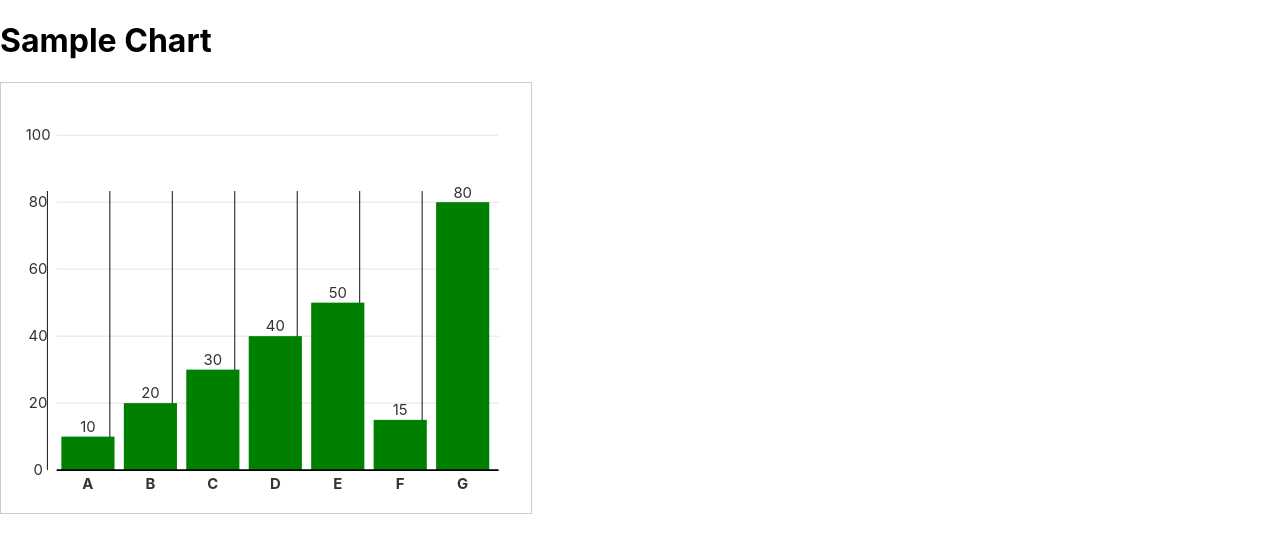
Repository: CaptainJang316/GChart
Page: /
The author's editor kept a copy of each file at every save. The page is drawn from the files as they stood at one save, then again after a run of saves.
The browser window is 1280 px wide. The pictures show the whole page.
The project was rebuilt for these pictures with package versions that can differ from the ones it lists, and the page was loaded fresh each time. Also part of the build but not shown: src/App.css.

Above is the page before, as saved 2024-11-09 17:58:14.

### src/App.tsx
/* eslint-disable */
import React from 'react';
import './App.css';
import BarChart from './components/Chart/BarChart';
import { Option } from './types/Option';

function App() {
  const sampleOption: Option = {
    type: 'bar',
    data: [
      { label: 'A', value: 10 },
      { label: 'B', value: 20 },
      { label: 'C', value: 30 },
      { label: 'D', value: 40 },
      { label: 'E', value: 50 },
      { label: 'F', value: 15 },
      { label: 'G', value: 80 },
    ],
    layout: {
      width: 500,
      height: 400,
      axisCnt: 5
    },
    style: {
      color: "green"
    },
    tooltip: true,
    label:  {
      show: true,
      position: 'mid'
    }
  };

  return (
    <div>
      <h1>Sample Chart</h1>
      {/* 차트의 border 없애고, X,Y 축에 대한 컴포넌트들로 더 큰 바운더리 구현해야 함. */}
      {/* => ㄴㄴ. 그냥 단일 SVG로 구현하는 게 훨씬 좋음. */}

      <div className="chart-wrapper">
        <BarChart {...sampleOption}/>
      </div>
    </div>
  );
}

export default App;

### src/components/Chart/BarChart.tsx
/* eslint-disable */
import React from 'react';
import { useAxis } from '../Axis/useAxis';
import { useGrid } from '../Grid/useGrid';
import { Option } from '../../types/Option';

// interface ChartProps {
//     data: { label: string, value: number }[];
//     width?: number;
//     height?: number;
//     color?: string;
//     axisCnt?: number;
// };

const BarChart: React.FC<Option> = ({
    data,
    title,
    layout: {
        width = 400,
        height = 300,
        axisCnt = 8,
    },
    style: {
        color = '#4A90E2',
    },
    tooltip = true
}) => {
    const values = data.map(item => item.value);
    const {xAxis, yAxis, scales} = useAxis({data: values, width: width, height: height, axisCnt: axisCnt});
    const {gridLines} = useGrid({data: values, scales, width, height, horizontalLineCnt: axisCnt});

    const maxValue = Math.max(...data.map(d => d.value));
    const barWidth = (width - 30) / data.length;
    // const yTicks = 10;
    // const tickValues = Array.from({ length: yTicks }, (_, i) => (maxValue / yTicks) * i);

    return (
        // svg 요소 안에, 차트를 그린다.
        <div style={{ display: 'inline-block', width: `${width}px`, height: `${height}px`}}>
            <svg width='100%' height='100%' viewBox={`0 0 ${width} ${height + 30}`} style={{ border: '1px solid #ccc', padding: '15px'}}>
                {
                    title?
                    <g className='title-layer'>
                        <h3>{title.text}</h3>
                        {title.subTitle? <h5>{title.subTitle}</h5> : ''}
                    </g> : ''
                }
                <g className='grid-layer'>
                    {gridLines.horizontal.map((el: { id: React.Key | null | undefined; x1: number ; y1: number ; x2: number ; y2: number; }, index: number) => (
                        <line
                            key={el.id}
                            x1={el.x1}
                            y1={el.y1}
                            x2={el.x2}
                            y2={el.y2}
                            stroke="#e0e0e0"
                            // strokeDasharray="4 4"
                            strokeWidth={1}
                        />
                    ))}
                    {gridLines.vertical.map((el: { id: React.Key | null | undefined; x1: number ; y1: number ; x2: number ; y2: number; }, index: number) => (
                        <line
                            key={el.id}
                            x1={barWidth * index + 15}
                            y1={height}
                            x2={barWidth * index + 15}
                            y2={100}
                            stroke="black"
                            // strokeDasharray="4 4"
                            strokeWidth={1}
                        />
                    ))}
                </g>

                <g className='axis-layer'>
                    {yAxis.ticks.map((tick) => (
                        <text
                            x={5}
                            y={tick.position}
                            textAnchor="middle"
                            // fontSize="10"
                            fill="#333"
                        >
                        {tick.value}
                        </text>
                    ))}
                </g>

                <g className='chart-layer'>
                    {data.map((d, i) => {
                        const barHeight = height - scales.yScale(d.value);
                        return (
                            // g는 svg 요소 내에 사용되는 것.
                            // svg에서 그룹을 만드는 역할을 한다.
                            // trangform은 그룹의 위치를 변환하는 데 사용됨.
                            // translate(${i * barWidth}, ${height - barHeight}) <- x축, y축 이동 정도 지정

                            <g key={i} transform={`translate(${i * barWidth}, ${height - barHeight})`}>
                                <rect
                                    width={barWidth - 10}
                                    height={barHeight}
                                    fill={color}
                                    x={30}
                                    y={0}
                                />
                                <text
                                    x={barWidth / 2 + 25}
                                    y={-5}
                                    textAnchor="middle"
                                    // fontSize="10"
                                    fill="#333"
                                >
                                    {d.value}
                                </text>
                            </g>
                        );
                    })}
                </g>

                <g className='bottom-layer'>
                    <line
                        x1={25}
                        y1={height}
                        x2={width}
                        y2={height}
                        stroke="black"
                        // strokeDasharray="4 4"
                        strokeWidth={2}
                    />
                </g>
                <g className='label-layer'>
                    {data.map((d, i) => {
                        let currX = barWidth * i;
                        return (
                            <text
                            x={currX + barWidth / 2 + 25}
                            y={height + 20}
                            textAnchor="middle"
                            // fontSize="12"
                            fontWeight="bold"
                            fill="#333"
                        >
                            {d.label}
                        </text>
                        );
                    })}
                </g>
            </svg>
        </div>
    );
};

export default BarChart;

### src/components/Axis/useAxis.ts
/* eslint-disable */
import { useMemo } from 'react';
import { scaleLinear } from 'd3-scale';

interface AxisProps {
    data: number[];
    width: number;
    height: number;
    axisCnt?: number;
    horizontalPadding?: number; // 좌우 패딩
    topPadding?: number; // 위쪽 패딩
}

export const useAxis = ({
    data,
    width,
    height,
    axisCnt = 6,
    horizontalPadding = 40,
    topPadding = 40
}: AxisProps) => {
    const scales = useMemo(() => {
        // X축 스케일 설정
        const xScale = scaleLinear()
            .domain([0, data.length - 1])
            .range([horizontalPadding, width - horizontalPadding]);

        // Y축 스케일 설정
        const maxValue = Math.max(...data);
        const yMaxValue = getAppropriateMaxValue(maxValue);

        const yScale = scaleLinear()
            .domain([0, yMaxValue])
            // 위쪽 패딩만 적용하고 아래쪽은 height 값 그대로 사용
            .range([height, topPadding]); // -1을 해서 baseline에 정확히 맞춤

        return { xScale, yScale };
    }, [data, width, height, horizontalPadding, topPadding]);

    const xAxis = useMemo(() => {
        return {
            ticks: data.map((_, index) => ({
                value: index,
                position: scales.xScale(index)
            }))
        };
    }, [scales.xScale, data]);

    const yAxis = useMemo(() => {
        const ticks = scales.yScale.ticks(axisCnt);
        return {
            ticks: ticks.map(tick => ({
                value: tick,
                position: scales.yScale(tick) + 5
            }))
        };
    }, [scales.yScale, axisCnt]);

    return { xAxis, yAxis, scales };
};

// 적절한 최대값을 계산하는 헬퍼 함수
function getAppropriateMaxValue(maxValue: number): number {
    const magnitude = Math.pow(10, Math.floor(Math.log10(maxValue)));
    const normalized = maxValue / magnitude;

    if (normalized <= 1) return magnitude;
    if (normalized <= 2) return 2 * magnitude;
    if (normalized <= 5) return 5 * magnitude;
    return 10 * magnitude;
}

### src/components/Grid/useGrid.ts
/* eslint-disable */
import { useMemo } from 'react';

interface GridProps {
    data: number[],
    scales: {
        xScale: any;
        yScale: any;
    },
    width: number,
    height: number
    horizontalLineCnt: number;
}

export const useGrid = ({data, scales, width, height, horizontalLineCnt}: GridProps) => {
    const gridLines = useMemo(() => {
        const vertical = scales.xScale.ticks(data.length - 1).map((tick: number) => ({
            id: `x-${tick}`,
            x1: scales.xScale(tick),
            y1: 0,
            x2: scales.xScale(tick),
            y2: height,
        }));

        const horizontal = scales.yScale.ticks(horizontalLineCnt).map((tick: number) => ({
            id: `y-${tick}`,
            x1: 25,
            y1: scales.yScale(tick),
            x2: width,
            y2: scales.yScale(tick)
        }));

        return {vertical, horizontal};
    }, [scales, width, height]);

    return { gridLines };
}

Loaded but not shown: public/index.html (common file); src/index.tsx (common file); src/index.css (common file); src/reportWebVitals.ts (common file)

After the next 2 saves:
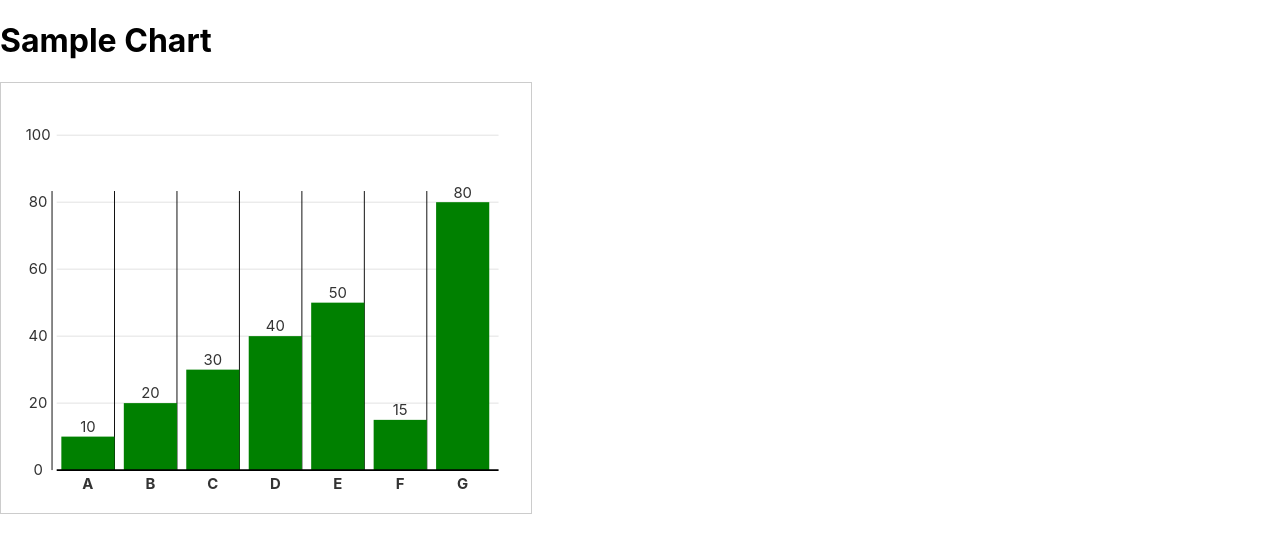
The 2 saves are shown as one change because they came seconds apart.
The last was saved 6 s later.
--- a/src/components/Chart/BarChart.tsx
+++ b/src/components/Chart/BarChart.tsx
@@ -61,9 +61,9 @@ const BarChart: React.FC<Option> = ({
                     {gridLines.vertical.map((el: { id: React.Key | null | undefined; x1: number ; y1: number ; x2: number ; y2: number; }, index: number) => (
                         <line
                             key={el.id}
-                            x1={barWidth * index + 15}
+                            x1={barWidth * index + 20}
                             y1={height}
-                            x2={barWidth * index + 15}
+                            x2={barWidth * index + 20}
                             y2={100}
                             stroke="black"
                             // strokeDasharray="4 4"
